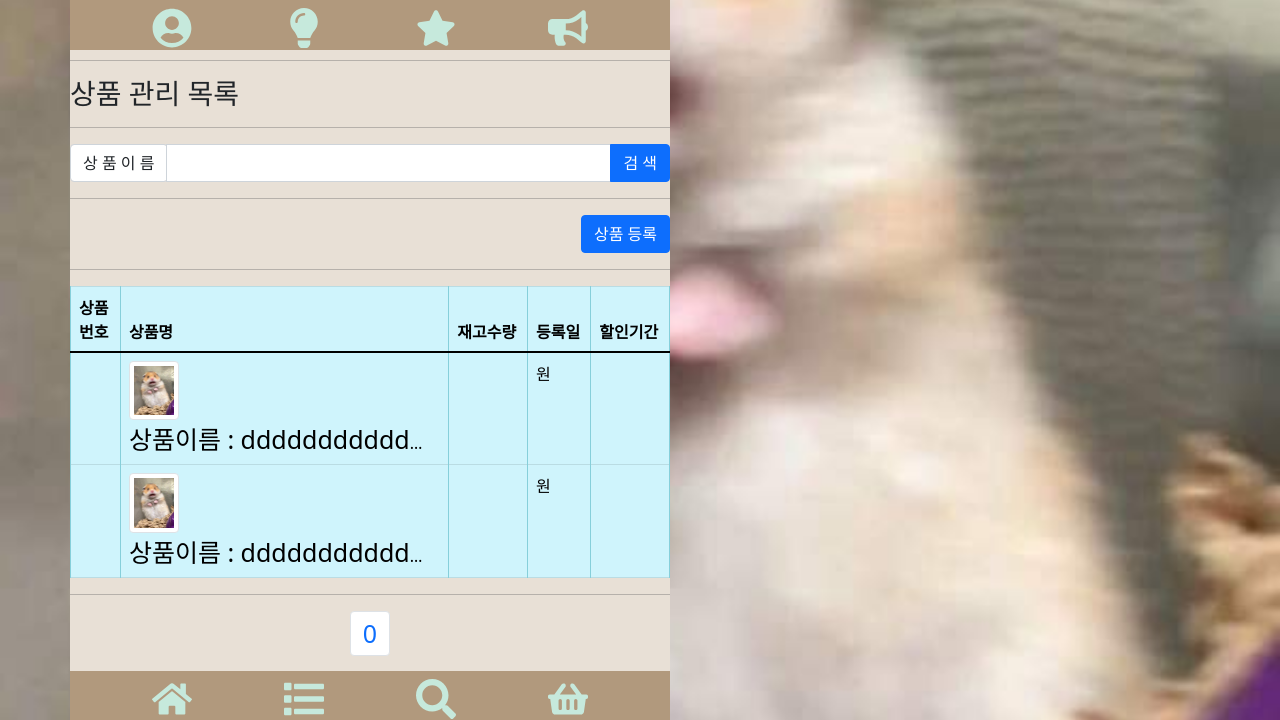
Repository: heegyu97/project
Page: http://localhost/0801_mvc2/WEB-INF/views/seller/productList.jsp
These files come from the project's save history. The page is drawn as it stood at one moment and after the next save; the edit follows.
The browser window is 1280 px wide. The pictures show the whole page.
Some web libraries are served in a nearby version. The page is served by Tomcat 9. Nobody is signed in. The template is opened directly, without the code that normally fills it, so the values that code supplies are empty.

Above is the page before, as saved 2022-08-11 08:16:27.

After the next save:
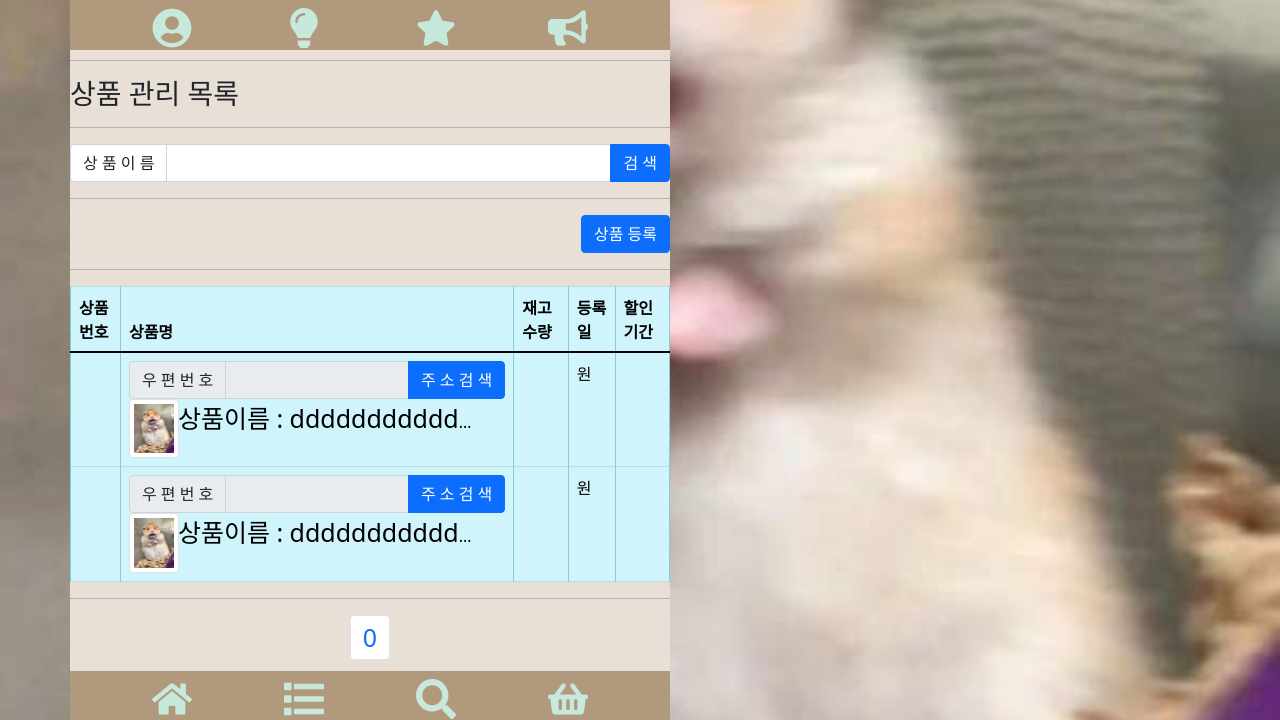
Saved 3 min 13 s later.
--- a/0801_mvc2/src/main/webapp/WEB-INF/views/seller/productList.jsp
+++ b/0801_mvc2/src/main/webapp/WEB-INF/views/seller/productList.jsp
@@ -68,14 +68,22 @@
 
 						</td>
 						<td><%-- 썸네일 ${dto.thumbnail_path} --%>
-							<a href="${pageContext.request.contextPath}/guest/detail">
-								<img src="${pageContext.request.contextPath}/resources/img/bg.jpeg"
-									width="50px" height="50px" class="img-thumbnail ">
-							</a>
-							<div class="pname">
-								<a href="${pageContext.request.contextPath}/guest/detail">
-									상품이름 : ddddddddddddddddddddddddddddddd
+							<div class="input-group">
+								<span class="input-group-text"> 우 편 번 호 </span>
+								<input type="text" id="post_code" name="post_code" readonly="readonly" class="form-control">
+								<button id="addr_btn" class="btn btn-primary">주 소 검 색</button>
+							</div>
+
+							<div class="input-group">
+								<a class="" href="${pageContext.request.contextPath}/guest/detail">
+									<img src="${pageContext.request.contextPath}/resources/img/bg.jpeg"
+										width="50px" height="50px" class="img-thumbnail ">
 								</a>
+								<div class="pname">
+									<a href="${pageContext.request.contextPath}/guest/detail">
+										상품이름 : ddddddddddddddddddddddddddddddd
+									</a>
+								</div>
 							</div>
 						</td>
 						<td>
